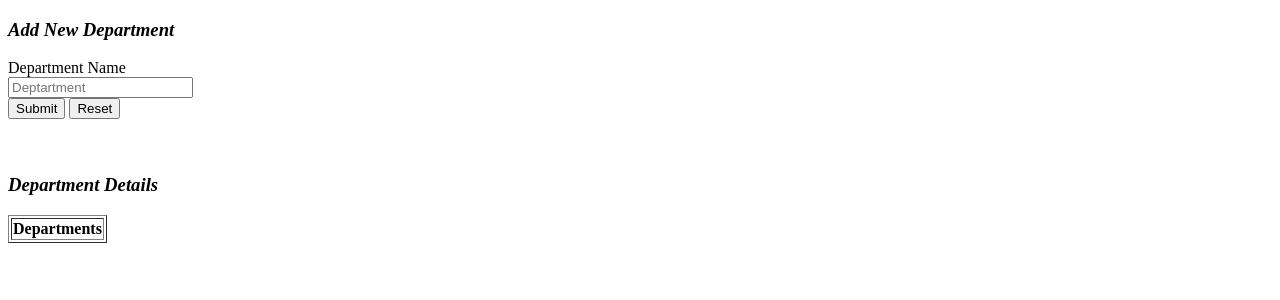
Repository: shubhamsingh331/Learners_Academy
Page: http://localhost/LearnersAcademy/Department/Department.jsp
The author's editor kept a copy of each file at every save. The page is drawn from the files as they stood at one save, then again after the next save.
The browser window is 1280 px wide. The pictures show the whole page.
The page is served by Tomcat 9.

Above is the page before, as saved 2023-10-10 18:50:35.

After the next save:
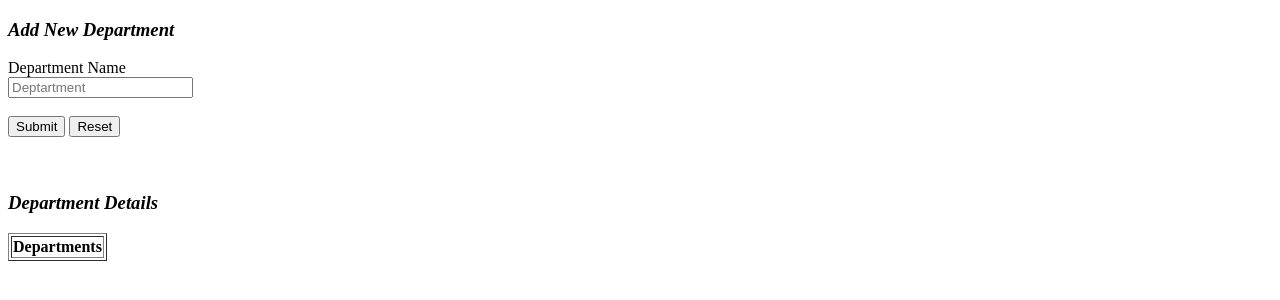
Saved 19 s later.
--- a/LearnersAcademy/src/main/webapp/Department/Department.jsp
+++ b/LearnersAcademy/src/main/webapp/Department/Department.jsp
@@ -14,7 +14,7 @@
 <h3><i>Add New Department</i></h3>
 <form action="Assign.jsp" method="post">
 Department Name<br>
-<input type="text" placeholder="Deptartment" name="dept"><br>
+<input type="text" placeholder="Deptartment" name="dept"><br><br>
 <input type="submit" value="Submit">
 <input type="reset" value="Reset">
 </form>
